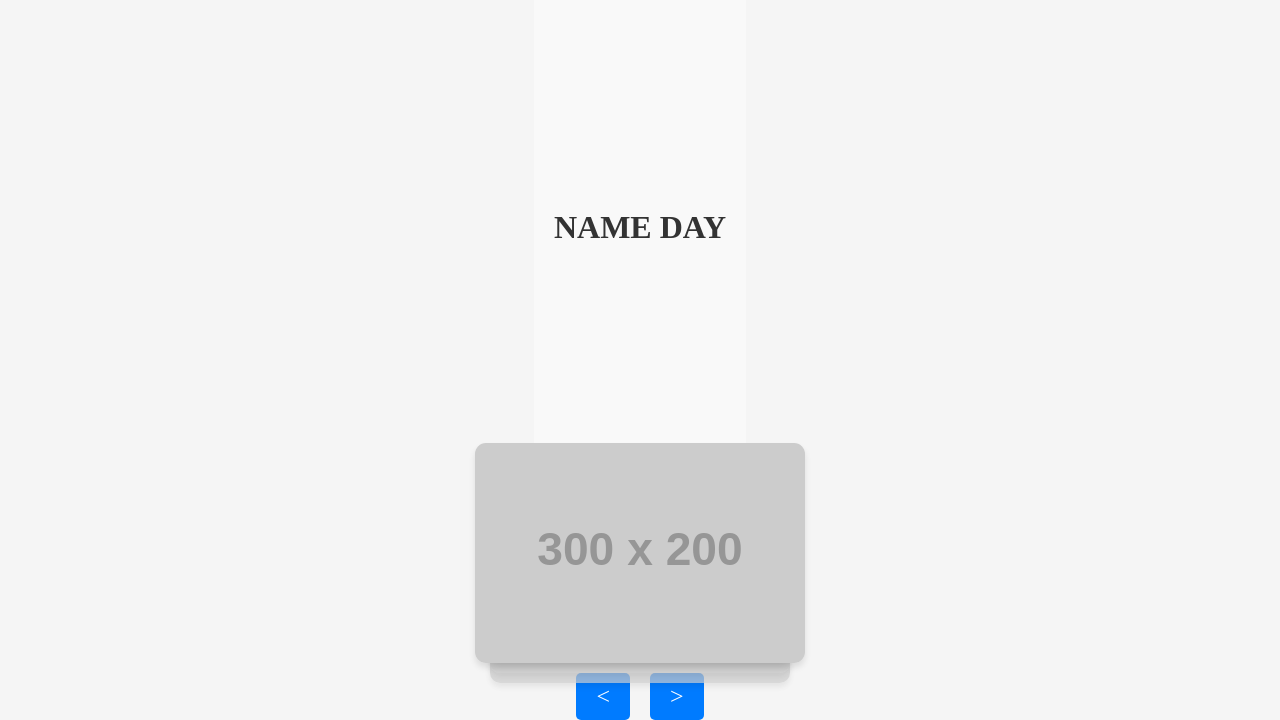
Repository: naps00/BIRTHDAY
Page: /details
The author's editor kept a copy of each file at every save. The page is drawn from the files as they stood at one save, then again after the next save.
The browser window is 1280 px wide. The pictures show the whole page.
The project was rebuilt for these pictures with package versions that can differ from the ones it lists, and the page was loaded fresh each time.

Above is the page before, as saved 2024-12-12 03:51:35.

After the next save:
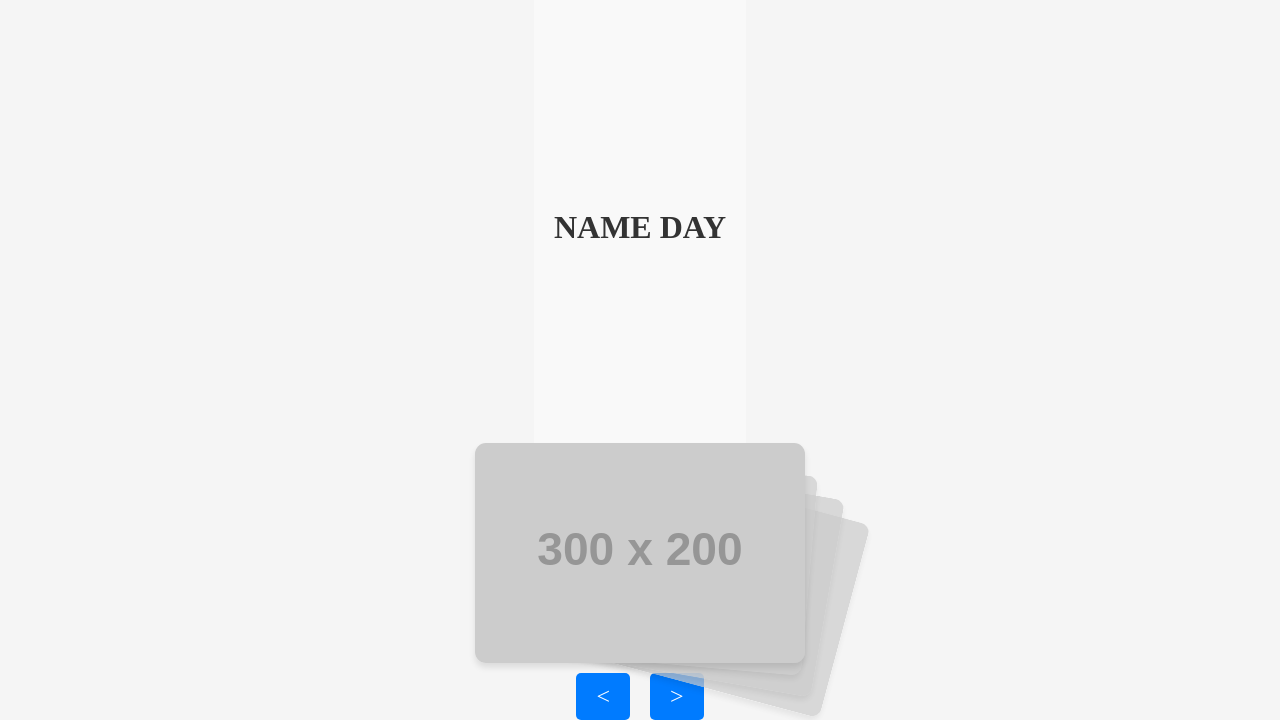
Saved 4 s later.
--- a/src/details.js
+++ b/src/details.js
@@ -1,5 +1,5 @@
 import React, { useState } from 'react';
-import './details.css'; // สไตล์สำหรับ Card Stack
+import './details.css'; // เพิ่มสไตล์สำหรับ Card Stack
 
 function Details() {
   const [currentIndex, setCurrentIndex] = useState(0);
@@ -28,8 +28,10 @@ function Details() {
       <div className="card-stack">
         {images.map((src, index) => {
           const isActive = index === currentIndex;
-          const zIndex = images.length - Math.abs(currentIndex - index); // ให้ active อยู่บนสุด
-          const offset = (index - currentIndex) * 10; // ความเหลื่อมในแนวแกน Y
+          const zIndex = images.length - Math.abs(currentIndex - index); // ลำดับของการซ้อน
+          const offsetX = (index - currentIndex) * 20; // ความเหลื่อมในแกน X
+          const offsetY = (index - currentIndex) * 10; // ความเหลื่อมในแกน Y
+          const rotation = (index - currentIndex) * 5; // หมุนเล็กน้อย
 
           return (
             <img
@@ -39,7 +41,7 @@ function Details() {
               className={`card ${isActive ? 'active' : ''}`}
               style={{
                 zIndex: zIndex,
-                transform: `translateY(${offset}px) scale(${isActive ? 1.1 : 1})`, // ซูมเล็กน้อยเมื่อ active
+                transform: `translate(${offsetX}px, ${offsetY}px) rotate(${rotation}deg) scale(${isActive ? 1.1 : 1})`,
                 position: 'absolute',
                 left: '50%',
                 top: '50%',
